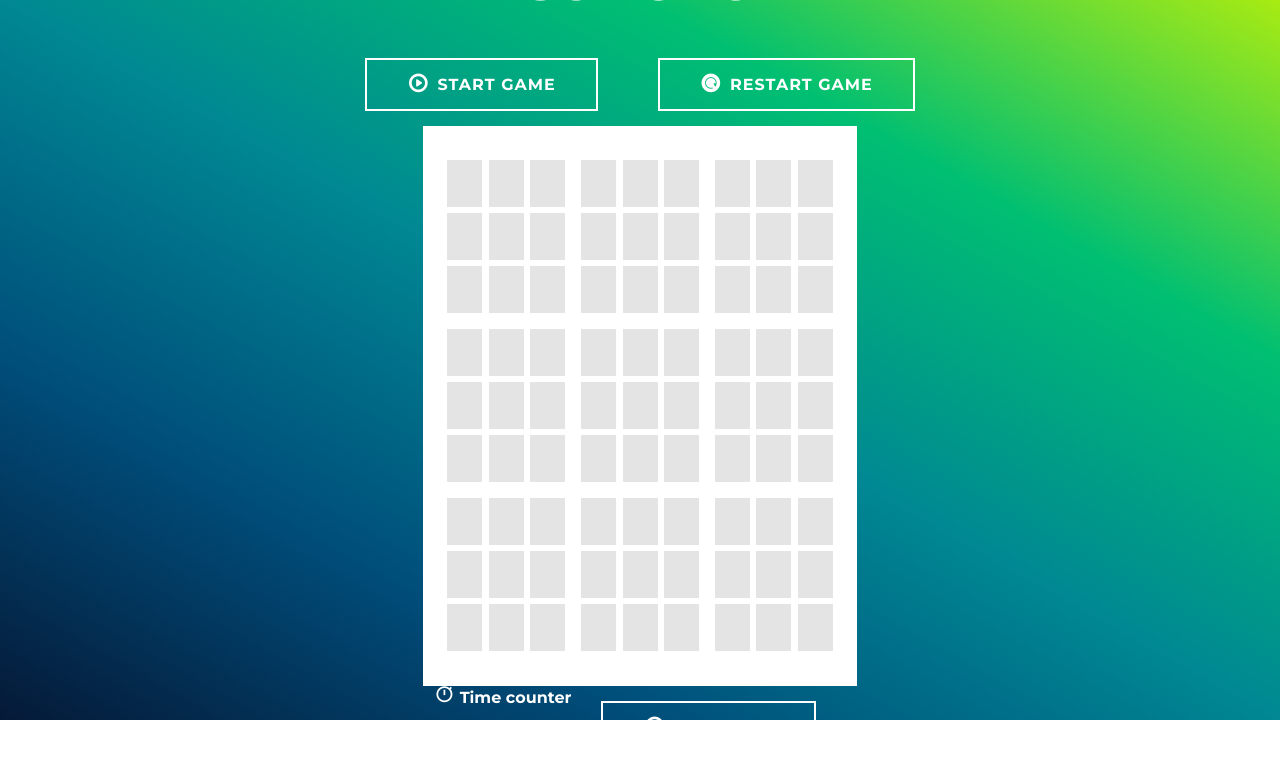
Repository: pattypetrikova/sudoku
Page: index.html
These files come from the project's save history. The page is drawn as it stood at one moment and after the next save; the edit follows.
The browser window is 1280 px wide. The pictures show the whole page.
Some web fonts or font styles are not loaded; a fallback is used.

Above is the page before, as saved 2022-12-30 12:27:37.

### index.html
<!DOCTYPE html>
<html lang="en">
<head>
    <meta charset="UTF-8">
    <meta http-equiv="X-UA-Compatible" content="IE=edge">
    <meta name="viewport" content="width=device-width, initial-scale=1.0">
    <link rel="stylesheet" href="./assets/style.css">
    <link rel="preconnect" href="https://fonts.googleapis.com">
    <link rel="preconnect" href="https://fonts.gstatic.com" crossorigin>
    <link href="https://fonts.googleapis.com/css2?family=Erica+One&family=Montserrat:ital,wght@0,700;1,400&display=swap" rel="stylesheet">
    <link href="https://cdn.jsdelivr.net/npm/remixicon@2.5.0/fonts/remixicon.css" rel="stylesheet">
    <title>Sudoku</title>
</head>
<body>
    <main class="background">
        <h1 class="title">Sudoku</h1>
        <div class="head">
            <div class="buttons">
                <button class="button button-1 start"><i class="ri-play-circle-line ri-lg"></i>
                    Start game</button>
                    <button class="button button-1 start"><i class="ri-restart-fill ri-lg"></i>Restart game</button>
            </div>
        </div>
        <div class="game">
            <div class="gameboard">
                <form class="board-section" action="">
                    <input class="number" type="text">
                    <input class="number" type="text">
                    <input class="number" type="text">
                    <input class="number" type="text">
                    <input class="number" type="text">
                    <input class="number" type="text">
                    <input class="number" type="text">
                    <input class="number" type="text">
                    <input class="number" type="text">
                </form>
                <form class="board-section" action="">
                    <input class="number" type="text">
                    <input class="number" type="text">
                    <input class="number" type="text">
                    <input class="number" type="text">
                    <input class="number" type="text">
                    <input class="number" type="text">
                    <input class="number" type="text">
                    <input class="number" type="text">
                    <input class="number" type="text">
                </form>
                <form class="board-section" action="">
                    <input class="number" type="text">
                    <input class="number" type="text">
                    <input class="number" type="text">
                    <input class="number" type="text">
                    <input class="number" type="text">
                    <input class="number" type="text">
                    <input class="number" type="text">
                    <input class="number" type="text">
                    <input class="number" type="text">
                </form>
                <form class="board-section" action="">
                    <input class="number" type="text">
                    <input class="number" type="text">
                    <input class="number" type="text">
                    <input class="number" type="text">
                    <input class="number" type="text">
                    <input class="number" type="text">
                    <input class="number" type="text">
                    <input class="number" type="text">
                    <input class="number" type="text">
                </form>
                <form class="board-section" action="">
                    <input class="number" type="text">
                    <input class="number" type="text">
                    <input class="number" type="text">
                    <input class="number" type="text">
                    <input class="number" type="text">
                    <input class="number" type="text">
                    <input class="number" type="text">
                    <input class="number" type="text">
                    <input class="number" type="text">
                </form>
                <form class="board-section" action="">
                    <input class="number" type="text">
                    <input class="number" type="text">
                    <input class="number" type="text">
                    <input class="number" type="text">
                    <input class="number" type="text">
                    <input class="number" type="text">
                    <input class="number" type="text">
                    <input class="number" type="text">
                    <input class="number" type="text">
                </form>
                <form class="board-section" action="">
                    <input class="number" type="text">
                    <input class="number" type="text">
                    <input class="number" type="text">
                    <input class="number" type="text">
                    <input class="number" type="text">
                    <input class="number" type="text">
                    <input class="number" type="text">
                    <input class="number" type="text">
                    <input class="number" type="text">
                </form>
                <form class="board-section" action="">
                    <input class="number" type="text">
                    <input class="number" type="text">
                    <input class="number" type="text">
                    <input class="number" type="text">
                    <input class="number" type="text">
                    <input class="number" type="text">
                    <input class="number" type="text">
                    <input class="number" type="text">
                    <input class="number" type="text">
                </form>
                <form class="board-section" action="">
                    <input class="number" type="text">
                    <input class="number" type="text">
                    <input class="number" type="text">
                    <input class="number" type="text">
                    <input class="number" type="text">
                    <input class="number" type="text">
                    <input class="number" type="text">
                    <input class="number" type="text">
                    <input class="number" type="text">
                </form>
            </div>
        </div>
        <div class="footer">
            <div class="footer-buttons">
                <div class="time-couner"><i class="ri-timer-line ri-lg"></i>
                    Time counter</div>
                <button class="button button-1 finish"><i class="ri-checkbox-circle-line ri-lg"></i>
                    Complete</button>
            </div>
        </div>
    </main>
</body>
</html>

### assets/style.css
/* simple reset */
* {
    margin: 0;
    padding: 0;
    box-sizing: border-box;
}

/* general styles */
.background {
    font-family: 'Montserrat', sans-serif;
    color: white;
}

/* project styles */

.background {
    background-image: linear-gradient(to right top, #051937, #004d7a, #008793, #00bf72, #a8eb12);
    height: 100vh;
    display: flex;
    align-items: center;
    justify-content: center;
    flex-direction: column;
}


.game {
    background-color: white;
    min-height: 35em;
    display: flex;
    justify-content: center;
    flex-direction: column;
}

.title {
    font-size: 50px;
    color: white;
    text-transform: uppercase;
    padding-bottom: 30px;
}

.gameboard {
    display: grid;
    padding: 1.5em;
    grid-template-columns: 1fr 1fr 1fr;
    gap: 1em;
    margin: ;
}

.board-section {
    display: inline-grid;
    grid-template-columns: 1fr 1fr 1fr;
    justify-items: center;
    gap: .4em;
    max-width: 120px;
}

.number {
    width: 35px;
    height: 3.5em;
    background-color: lightgray;
    outline: none;
    border: none;
    /* border-radius: 8px; */
    opacity: 0.6;
}

.buttons {
    display: flex;
}

.footer-buttons {
    display: flex;
}

.button {
    border: none;
    font-family: inherit;
    font-size: inherit;
    color: black;
    background: none;
    cursor: pointer;
    padding: 15px 40px;
    display: inline-block;
    margin: 15px 30px;
    text-transform: uppercase;
    letter-spacing: 1px;
    font-weight: 700;
    outline: none;
    position: relative;
    -webkit-transition: all 0.3s;
    -moz-transition: all 0.3s;
    transition: all 0.3s;
    display: flex;
    column-gap: 0.5em;
    align-items: center;
  }

  .button:after {
    content: '';
    position: absolute;
    z-index: -1;
    -webkit-transition: all 0.3s;
    -moz-transition: all 0.3s;
    transition: all 0.3s;
  }

  /* Button 1 */
  .button-1 {
    border: 2px solid #fff;
    color: #fff;
  }

  /* Button 1a */
  .button-1:hover,
  .button-1:active {
    color: #0e83cd;
    background: #fff;
  }

After the next save:
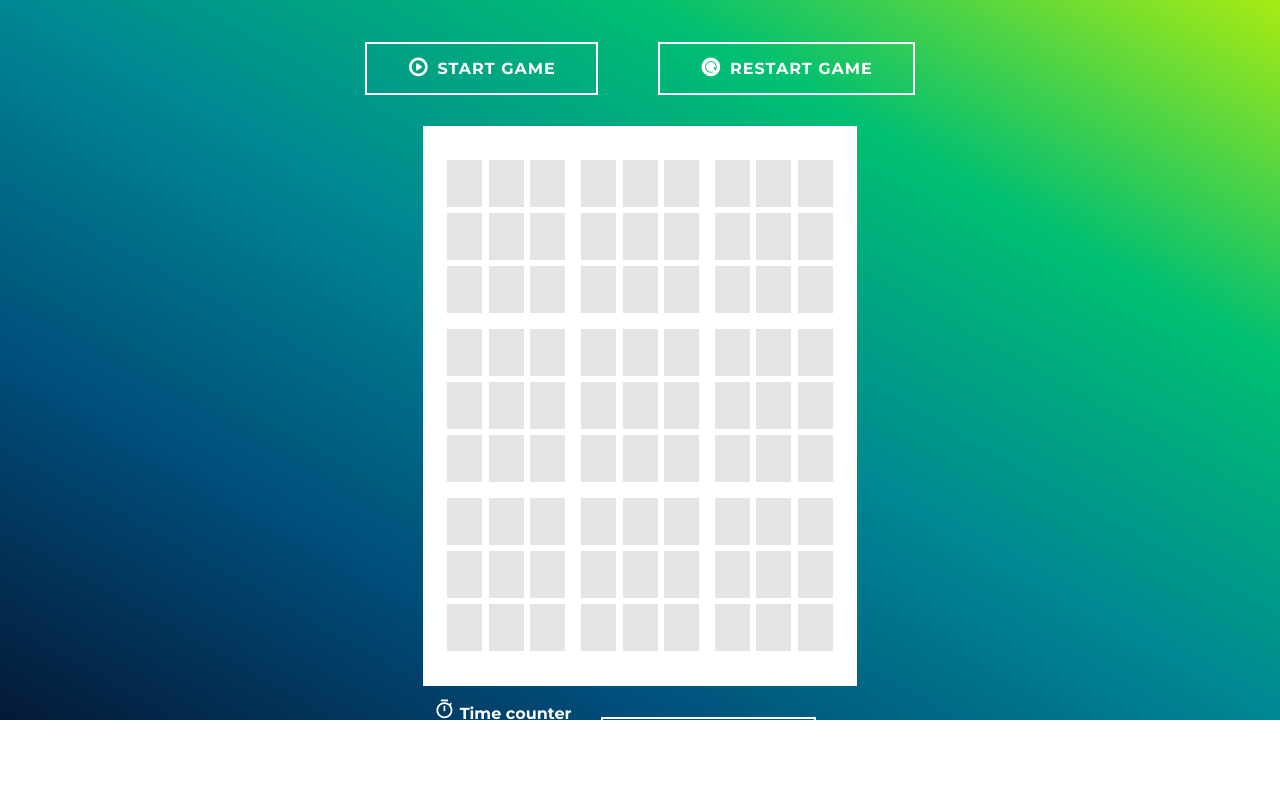
Saved 7 s later.
--- a/assets/style.css
+++ b/assets/style.css
@@ -29,6 +29,7 @@
     display: flex;
     justify-content: center;
     flex-direction: column;
+    margin: 1em;
 }
 
 .title {
@@ -43,7 +44,6 @@
     padding: 1.5em;
     grid-template-columns: 1fr 1fr 1fr;
     gap: 1em;
-    margin: ;
 }
 
 .board-section {
